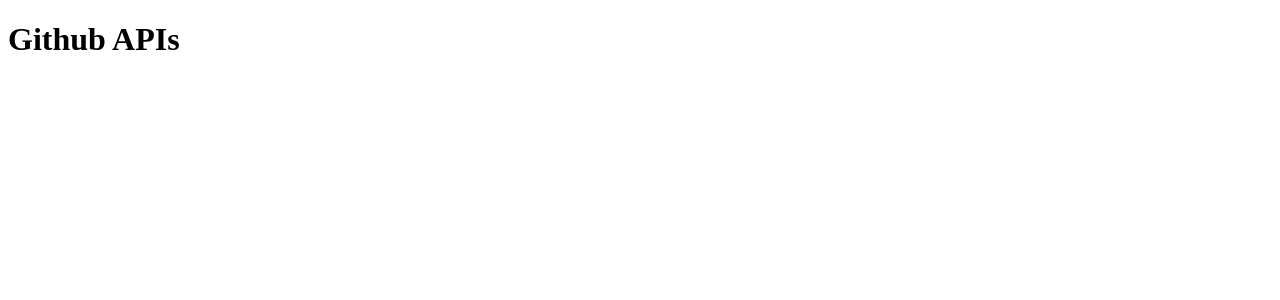
Repository: cod-lab/try
Page: c.html
The author's editor kept a copy of each file at every save. The page is drawn from the files as they stood at one save, then again after the next save.
The browser window is 1280 px wide. The pictures show the whole page.
The page's requests for data from a server got no answer.

Above is the page before, as saved 2020-08-12 21:22:39.

After the next save:
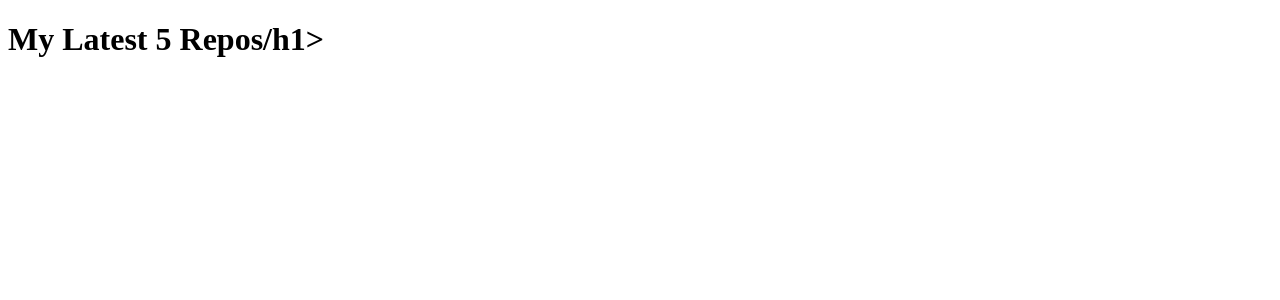
Saved 6 min 17 s later.
--- a/c.html
+++ b/c.html
@@ -27,7 +27,7 @@
 
 </head>
 <body>
-    <h1>Github APIs</h1>
+    <h1>My Latest 5 Repos/h1>
     <!-- <button id='btnGetLatestRepos'>Get Latest 5 Repos</button> -->
     <div id='divResult'></div>
 
